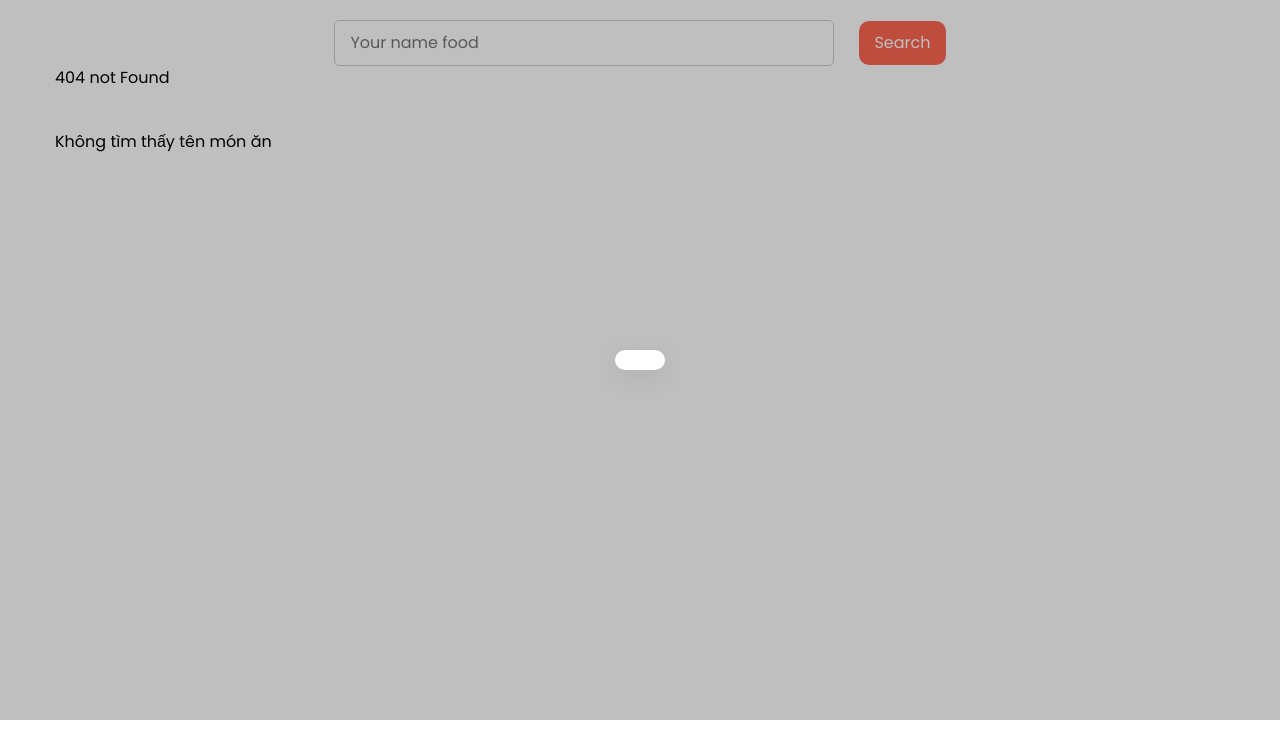
Repository: hoang0508/ReactJsDevWork
Page: /
The author's editor kept a copy of each file at every save. The page is drawn from the files as they stood at one save, then again after the next save.
The browser window is 1280 px wide. The pictures show the whole page.
The page's requests for data from a server got no answer. The project was rebuilt for these pictures with package versions that can differ from the ones it lists, and the page was loaded fresh each time. No one was signed in, and anything a server would have sent is missing.

Above is the page before, as saved 2022-02-05 23:00:57.

After the next save:
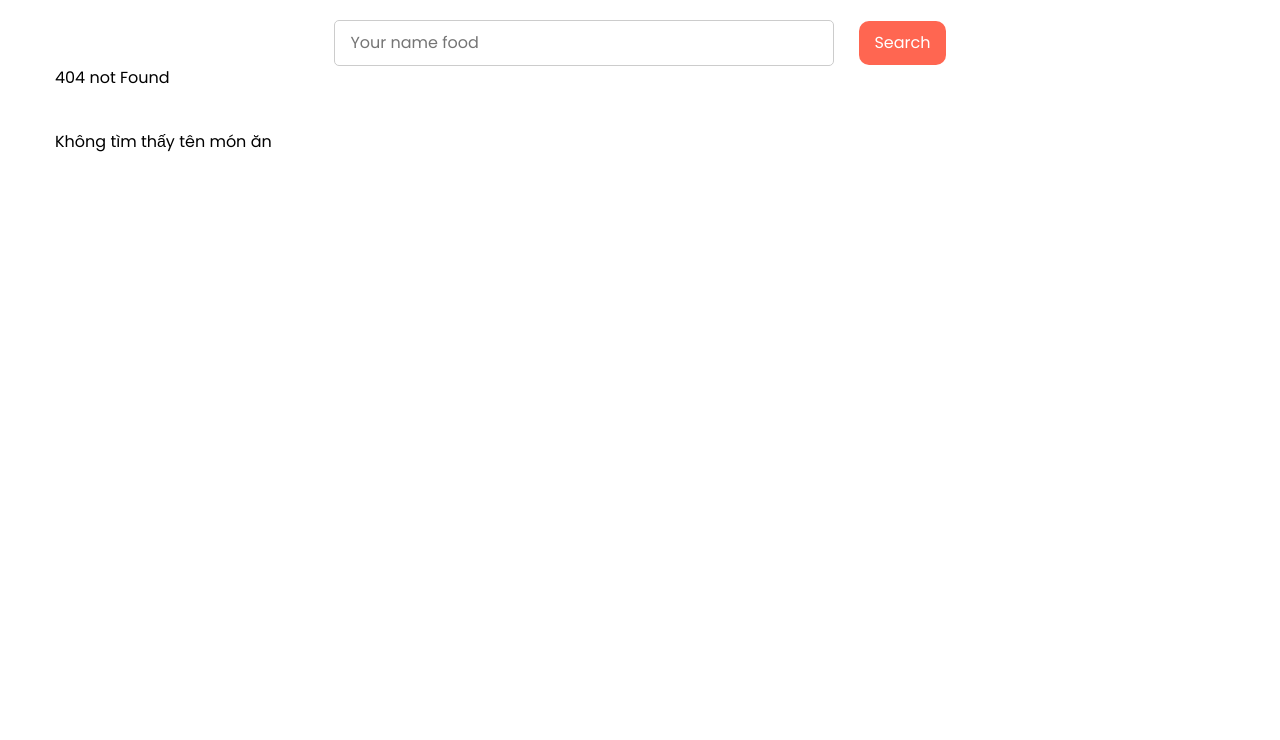
Saved 3 min 41 s later.
--- a/src/components/FoodApi/Food.scss
+++ b/src/components/FoodApi/Food.scss
@@ -99,6 +99,9 @@
     align-items: center;
     justify-content: center;
     flex-direction: column;
+    opacity: 0;
+    visibility: hidden;
+    transition: all 0.2s ease;
   }
   &-container {
     max-width: 500px;
